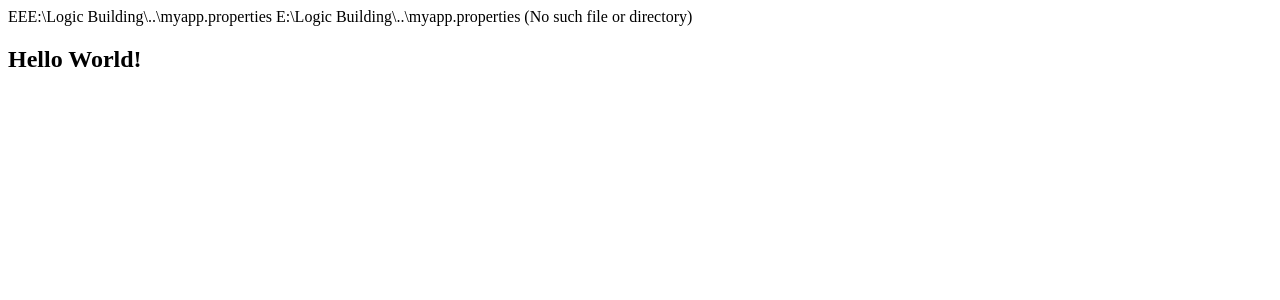
Repository: jaiswalshivam124/first-repo
Page: http://localhost/ideMaven4/
These files come from the project's save history. The page is drawn as it stood at one moment and after the next save; the edit follows.
The browser window is 1280 px wide. The pictures show the whole page.
The page is served by Tomcat 9.

Above is the page before, as saved 2020-08-22 17:23:40.

After the next save:
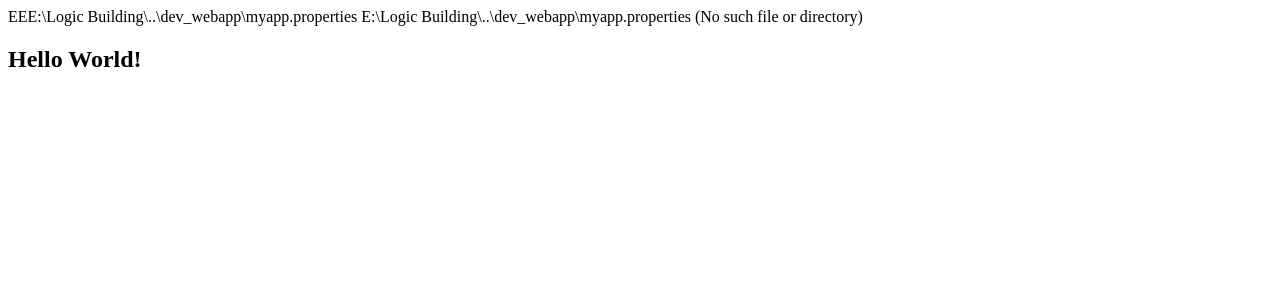
Saved 33 s later.
--- a/Logic Building/ideMaven4/src/main/webapp/index.jsp
+++ b/Logic Building/ideMaven4/src/main/webapp/index.jsp
@@ -6,7 +6,7 @@
 <%
 try
 {
-	 String absolutePath = "E:\\Logic Building\\..\\myapp.properties";
+	 String absolutePath = "E:\\Logic Building\\..\\dev_webapp\\myapp.properties";
      File file = new File(absolutePath);
      String src = file.getPath();
      out.println("EE"+src);
